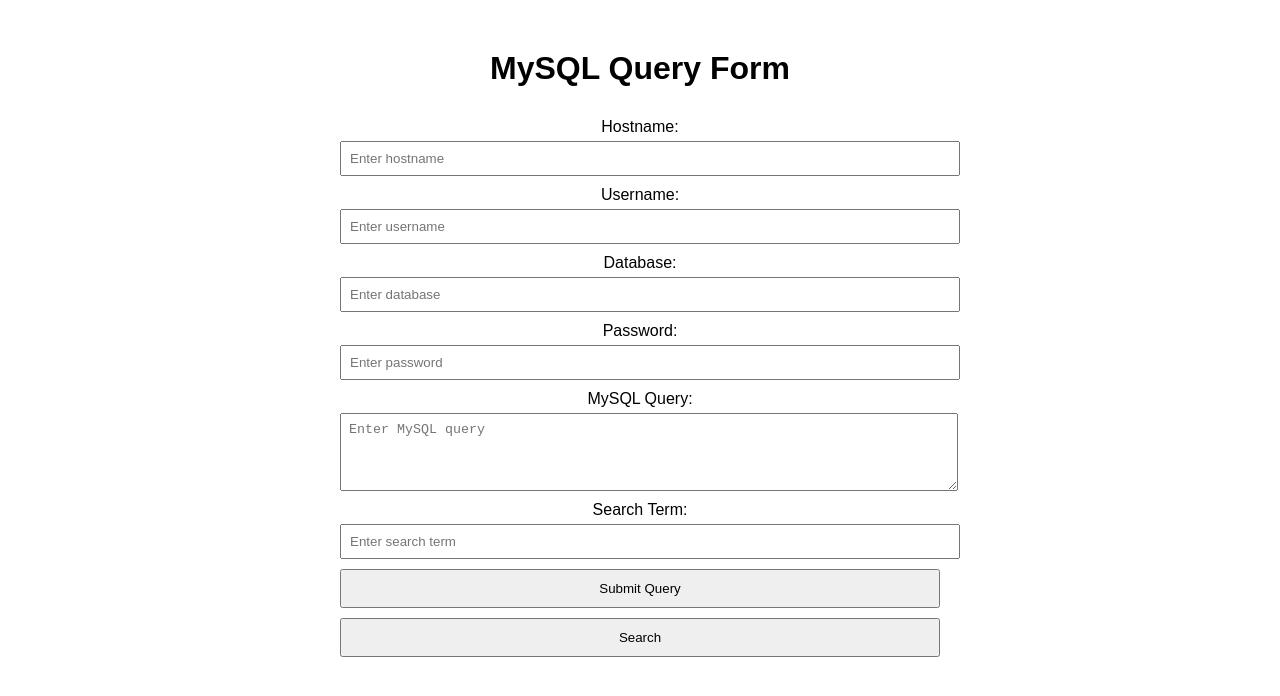
Repository: sweety-124/data-visualization-app
Page: http://localhost/
These files come from the project's save history. The page is drawn as it stood at one moment and after the next save; the edit follows.
The browser window is 1280 px wide. The pictures show the whole page.
The page is run by PHP 8.4 with error messages shown; the project is at /var/www/html/.

Above is the page before, as saved 2023-12-19 18:08:06.

### index.php
<!DOCTYPE html>
<html lang="en">
<head>
  <meta charset="UTF-8">
  <meta name="viewport" content="width=device-width, initial-scale=1.0">
  <title>MySQL Query Form</title>
  <link rel="stylesheet" href="assets/style.css">
</head>
<body>
  <div class="container">
    <h1>MySQL Query Form</h1>

    <form id="queryForm">
      <label for="hostname">Hostname:</label>
      <input type="text" id="hostname" name="hostname" placeholder="Enter hostname" required>

      <label for="username">Username:</label>
      <input type="text" id="username" name="username" placeholder="Enter username" required>

      <label for="database">Database:</label>
      <input type="text" id="database" name="database" placeholder="Enter database" required>

      <label for="password">Password:</label>
      <input type="password" id="password" name="password" placeholder="Enter password" required>

      <label for="query">MySQL Query:</label>
      <textarea id="query" name="query" placeholder="Enter MySQL query" rows="4" required></textarea>

      <label for="search">Search Term:</label>
      <input type="text" id="search" name="search" placeholder="Enter search term">

      <button type="button" onclick="submitForm(false)">Submit Query</button>
      <button type="button" onclick="submitForm(true)">Search</button>
    </form>

    <div id="result"></div>
  </div>

  <script src="assets/script.js"></script>
</body>
</html>


<?php
// index.php

// ... (previous HTML code)

// Backend PHP code for handling database queries
if ($_SERVER['REQUEST_METHOD'] === 'POST') {
    $tableName = $_POST['Sales'];

    // Assuming you have a MySQL database, adjust the connection details accordingly
    $servername = "65818a11.dorsy.net";
    $username = "d03f01e0";
    $password = "K5nZ9RXBBwdbDztsaoct";
    $dbname = "d03f01e0";

    // Create connection
    $conn = new mysqli($servername, $username, $password, $dbname);

    // Check connection
    if ($conn->connect_error) {
        die("Connection failed: " . $conn->connect_error);
    }

    // Query the database
    $query = "SELECT * FROM $tableName";
    $result = $conn->query($query);

    // Convert result to an associative array
    $data = [];
    while ($row = $result->fetch_assoc()) {
        $data[] = $row;
    }

    // Return data as JSON
    echo json_encode($data);

    // Close connection
    $conn->close();
}
?>

### assets/style.css
/* assets/style.css */

body {
    font-family: Arial, sans-serif;
    margin: 0;
    padding: 0;
  }

  .container {
    max-width: 600px;
    margin: 50px auto;
    text-align: center;
  }

  form {
    display: flex;
    flex-direction: column;
  }

  label {
    display: block;
    margin-top: 10px;
  }

  input, textarea {
    width: 100%;
    padding: 8px;
    margin-top: 5px;
  }

  button {
    padding: 10px;
    margin-top: 10px;
    cursor: pointer;
  }

  #result {
    margin-top: 20px;
  }

### assets/script.js
// assets/script.js

function submitForm(isSearch) {
    const form = document.getElementById('queryForm');
    const resultContainer = document.getElementById('result');

    // Collect form data
    const formData = new FormData(form);

    // Convert form data to URL-encoded string
    const formDataString = new URLSearchParams(formData).toString();

    // Determine the endpoint based on whether it's a search or query
    const endpoint = isSearch ? 'search.php' : 'execute-query.php';

    // Send a POST request to the server
    fetch(endpoint, {
      method: 'POST',
      headers: {
        'Content-Type': 'application/x-www-form-urlencoded',
      },
      body: formDataString,
    })
    .then(response => response.text())
    .then(data => {
      resultContainer.innerHTML = data;
    })
    .catch(error => console.error('Error:', error));
  }

After the next save:
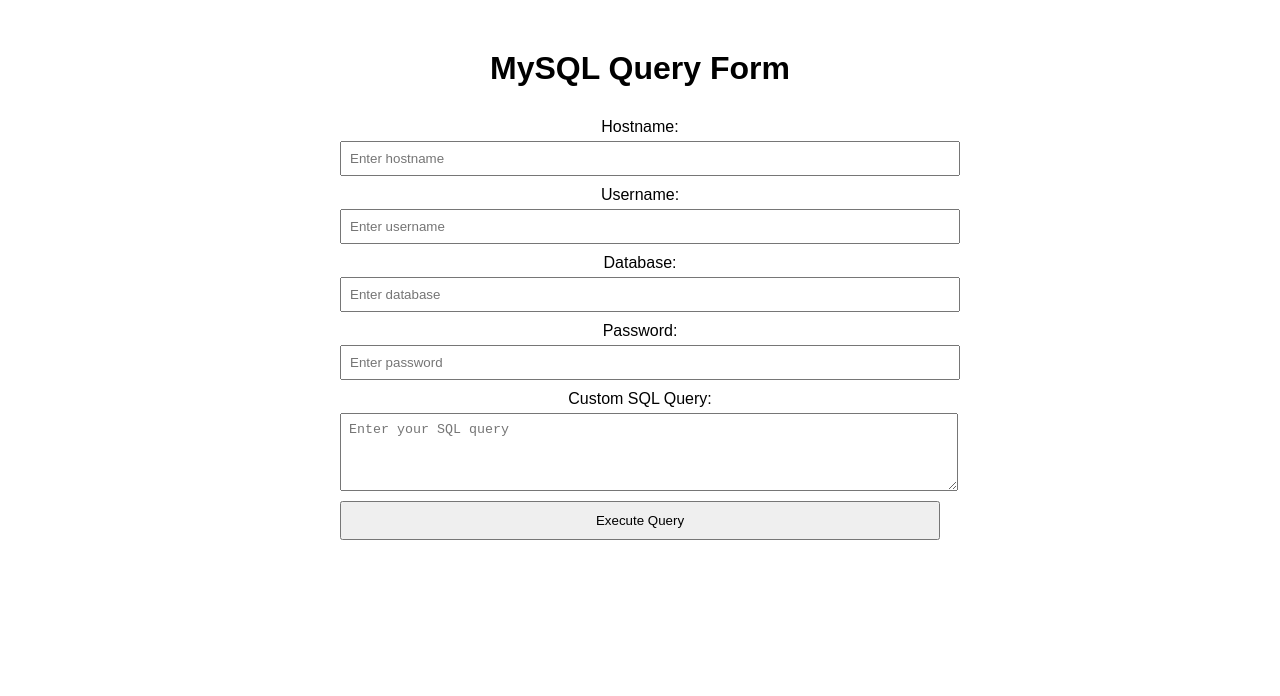
Saved 3 min 0 s later.
--- a/index.php
+++ b/index.php
@@ -23,14 +23,10 @@
       <label for="password">Password:</label>
       <input type="password" id="password" name="password" placeholder="Enter password" required>
 
-      <label for="query">MySQL Query:</label>
-      <textarea id="query" name="query" placeholder="Enter MySQL query" rows="4" required></textarea>
+      <label for="customQuery">Custom SQL Query:</label>
+      <textarea id="customQuery" name="customQuery" placeholder="Enter your SQL query" rows="4" required></textarea>
 
-      <label for="search">Search Term:</label>
-      <input type="text" id="search" name="search" placeholder="Enter search term">
-
-      <button type="button" onclick="submitForm(false)">Submit Query</button>
-      <button type="button" onclick="submitForm(true)">Search</button>
+      <button type="button" onclick="submitForm()">Execute Query</button>
     </form>
 
     <div id="result"></div>
@@ -39,6 +35,7 @@
   <script src="assets/script.js"></script>
 </body>
 </html>
+
 
 
 <?php
--- a/assets/script.js
+++ b/assets/script.js
@@ -1,6 +1,6 @@
 // assets/script.js
 
-function submitForm(isSearch) {
+function submitForm() {
     const form = document.getElementById('queryForm');
     const resultContainer = document.getElementById('result');
 
@@ -10,11 +10,8 @@
     // Convert form data to URL-encoded string
     const formDataString = new URLSearchParams(formData).toString();
 
-    // Determine the endpoint based on whether it's a search or query
-    const endpoint = isSearch ? 'search.php' : 'execute-query.php';
-
     // Send a POST request to the server
-    fetch(endpoint, {
+    fetch('execute-query.php', {
       method: 'POST',
       headers: {
         'Content-Type': 'application/x-www-form-urlencoded',
